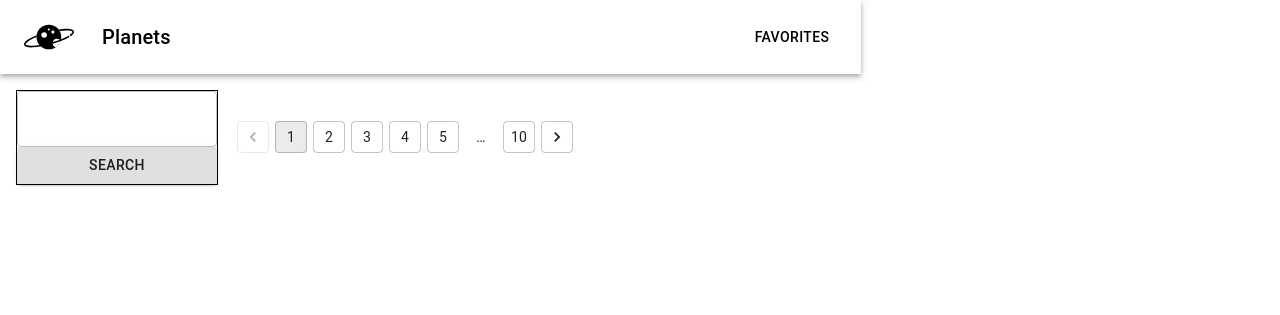
Repository: samridhie01/assignment
Page: /
The author's editor kept a copy of each file at every save. The page is drawn from the files as they stood at one save, then again after the next save.
The browser window is 1280 px wide. The pictures show the whole page.
The page's requests for data from a server got no answer. The project was rebuilt for these pictures with package versions that can differ from the ones it lists, and the page was loaded fresh each time. No one was signed in, and anything a server would have sent is missing. Also part of the build but not shown: src/components/planets/Planets.tsx.

Above is the page before, as saved 2020-08-20 12:46:32.

After the next save:
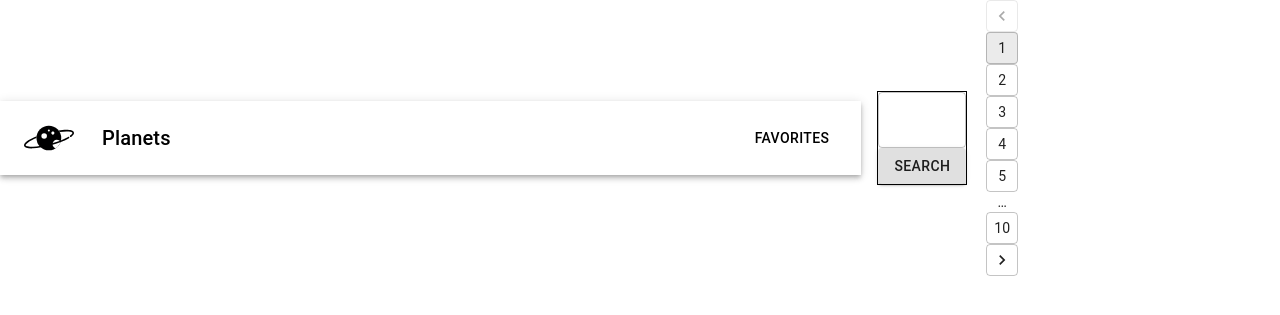
Saved 39 s later.
--- a/src/components/homePage/HomePageStyle.ts
+++ b/src/components/homePage/HomePageStyle.ts
@@ -3,7 +3,7 @@ import {makeStyles, createStyles, Theme} from '@material-ui/core/styles';
 export const useStyles = makeStyles((theme: Theme) => createStyles({
   flexContainer: {
    display: 'inline-flex',
-   flexFlow: 'row wrap',
+   flexFlow: 'row nowrap',
    alignItems: 'center',
    minWidth: '0'
 
